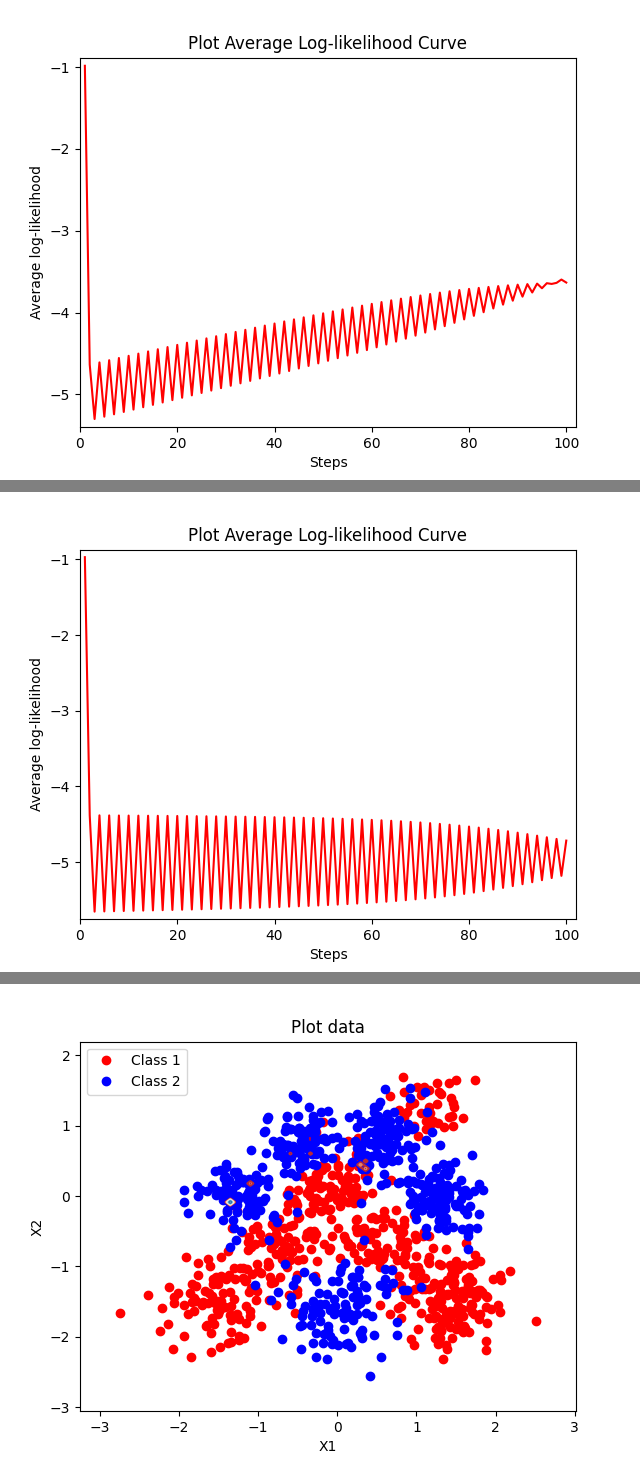
Repository: DhruvTrehan03/3F8
Script's output: python Lab.py
An editor plug-in stored every save of this project. The script's output is shown before and after the next save, followed by the edit.
Each picture stacks the figures in order, with grey between them; figures that are only written to a file come last. Random numbers start from a fixed seed.

Above is the script's output before, as saved 2024-02-16 12:50:22.

After the next save:
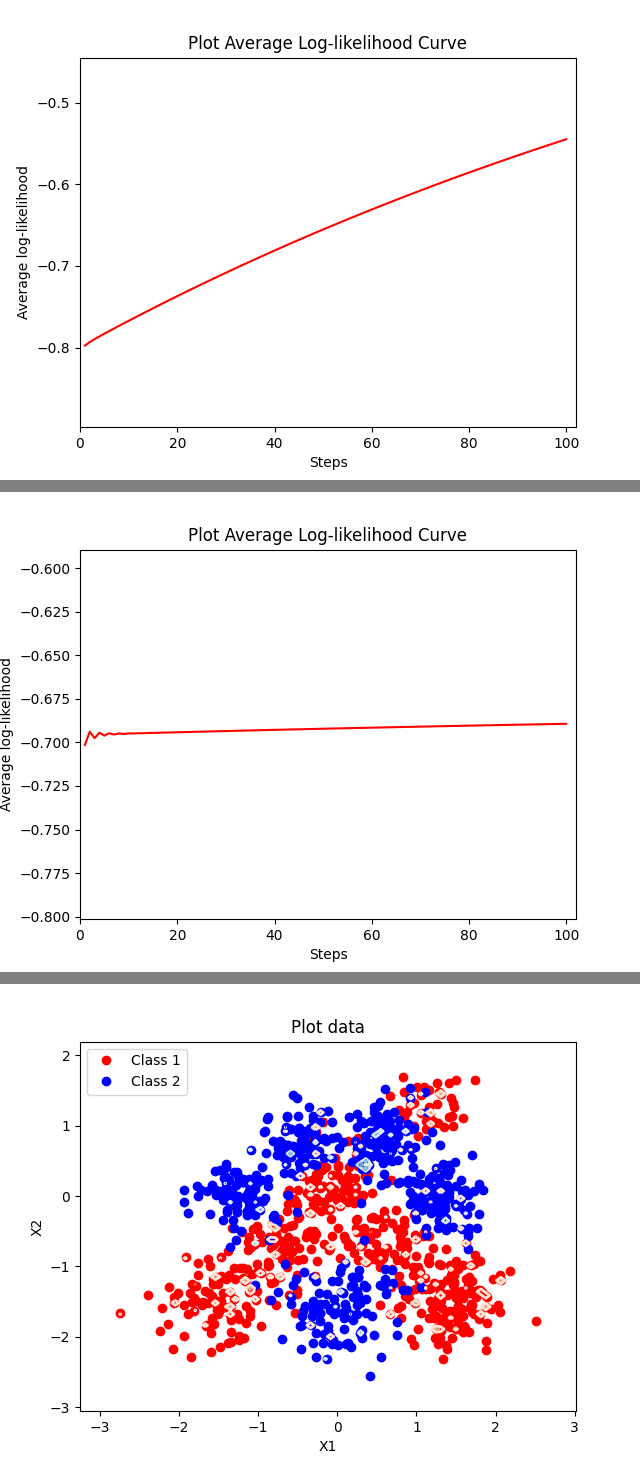
Saved 10 s later.
--- a/Lab.py
+++ b/Lab.py
@@ -131,7 +131,7 @@ X_tilde_test = get_x_tilde(evaluate_basis_functions(l, X_test, X_train))
 
 # We train the new classifier on the feature expanded inputs
 
-alpha = 0.05 # Learning rate for gradient-based optimisation with basis functions. To be completed by the student
+alpha = 0.01 # Learning rate for gradient-based optimisation with basis functions. To be completed by the student
 n_steps = 100 # Number of steps of gradient-based optimisation with basis functions. To be completed by the student
 
 w, ll_train, ll_test = fit_w(X_tilde_train, y_train, X_tilde_test, y_test, n_steps, alpha)
